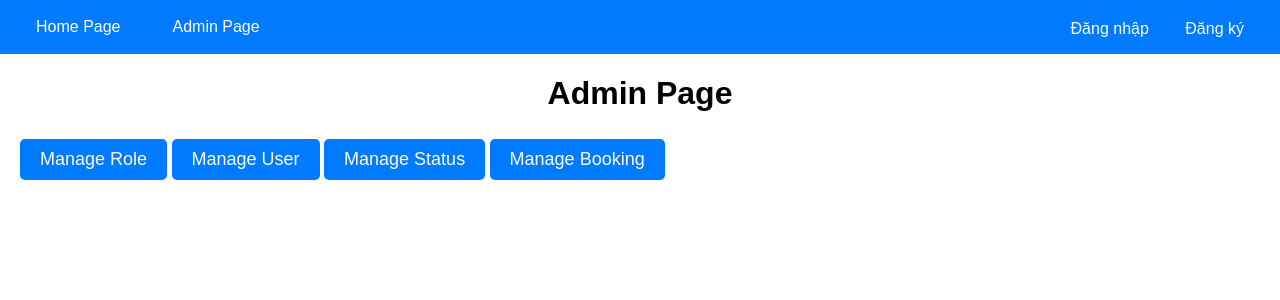
Repository: Loc2804/LTM
Page: http://localhost/RestaurantProject/WelcomeAdmin.jsp
The author's editor kept a copy of each file at every save. The page is drawn from the files as they stood at one save, then again after a run of saves.
The browser window is 1280 px wide. The pictures show the whole page.
The page is served by Tomcat 10. Other server files are loaded and not shown.

Above is the page before, as saved 2024-12-12 11:15:09.

### RestaurantProject/src/main/webapp/WelcomeAdmin.jsp
<%@page import="Model.BEAN.User"%>
<%@ page language="java" contentType="text/html; charset=UTF-8"
    pageEncoding="UTF-8"%>
<!DOCTYPE html>
<html>
<head>
<meta charset="UTF-8">
<title>Admin Page</title>
<style>
    body {
        font-family: Arial, sans-serif;
        margin: 0;
        padding: 0;
    }
    h1{
    	text-align: center;
    }
    .navbar {
        background-color: #007BFF; /* Màu xanh chủ đạo */
        overflow: hidden;
        display: flex;
        justify-content: space-between;
        padding: 10px 20px;
    }
    .navbar a {
        color: white;
        text-decoration: none;
        padding: 8px 16px;
        font-size: 16px;
    }
    .navbar a:hover {
        background-color: #0056b3; /* Màu xanh đậm hơn khi hover */
        border-radius: 4px;
    }
    .links {
        display: flex;
        gap: 20px;
    }
    .content {
        margin: 20px;
    }
    .content a {
        display: inline-block;
        background-color: #007BFF; /* Màu nền xanh chủ đạo */
        color: white;
        text-decoration: none;
        padding: 10px 20px;
        border-radius: 5px;
        margin: 5px 0;
        font-size: 18px;
    }
    .content a:hover {
        background-color: #0056b3; /* Màu nền xanh đậm hơn khi hover */
    }
    .btn-logout {
        background-color: #007BFF; /* Màu nền xanh chủ đạo */
        color: white; /* Màu chữ */
        text-decoration: none;
        padding: 10px 20px; /* Khoảng cách bên trong */
        border: none; /* Bỏ viền */
        border-radius: 5px; /* Bo góc */
        font-size: 18px; /* Kích thước chữ */
        cursor: pointer; /* Thay đổi con trỏ khi hover */
    }

    .btn-logout:hover {
        background-color: #0056b3; /* Màu nền xanh đậm hơn khi hover */
    }

    .btn-logout:focus {
        outline: none; /* Bỏ viền focus mặc định */
    }
    .group-btn{
    	margin-top:10px;
    }
    .welcome-user{
    	display: flex;
    	gap:20px;
    }
    .welcome-user span{
	color: white;
	margin-top:7px;
	font-size: 20px;
}

</style>
</head>
<body>
    <div class="navbar">
        <div class="links">
            <a href="WelcomeUser.jsp">Home Page</a>
            <a href="WelcomeAdmin.jsp">Admin Page</a>
        </div>
        <%
        	User user = (User) session.getAttribute("user");
        	if(user == null || user.getRole() == null){
        %>
        <div class="group-btn">
            <a href="Login.jsp">Đăng nhập</a>
            <a href="Register.jsp">Đăng ký</a>
        </div>
        <% }
        	else{
        %>
        <form action="AuthController" method="post">
        	<div class="welcome-user">
	        		<span>Xin chào, <%=user.getFullName() %></span>
	            	<button class="btn-logout" type="submit">Đăng xuất</button>
	            	<input  type="hidden" value="logout" name="action">
	        </div>
        </form>
        <%
        	}
        %>
    </div>

      <div class="content">
       	<h1>Admin Page</h1>
       	<a href="ManageRole.jsp">Manage Role</a>
       	<a href="ManageUser.jsp">Manage User</a>
       	<a href="ManageStatus.jsp">Manage Status</a>
       	<a href="Index_booking.jsp">Manage Booking</a>
   	</div>


</body>
</html>

After the next 2 saves:
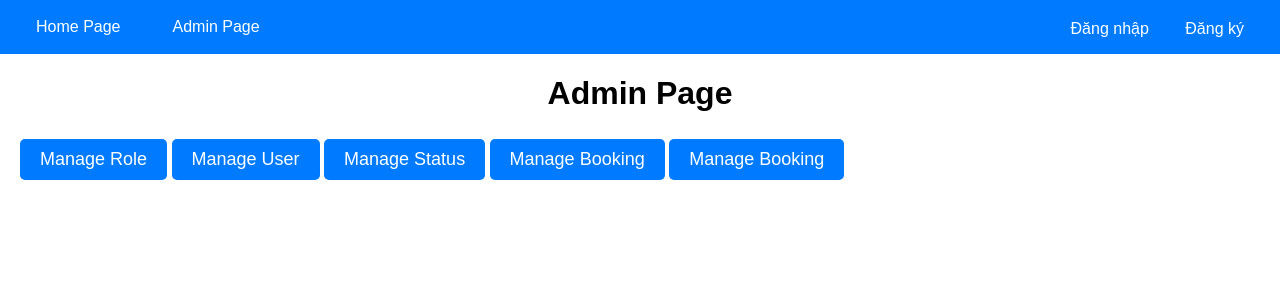
The 2 saves are shown as one change because they came seconds apart.
The last was saved 98 s later.
--- a/RestaurantProject/src/main/webapp/WelcomeAdmin.jsp
+++ b/RestaurantProject/src/main/webapp/WelcomeAdmin.jsp
@@ -120,6 +120,7 @@
        	<a href="ManageUser.jsp">Manage User</a>
        	<a href="ManageStatus.jsp">Manage Status</a>
        	<a href="Index_booking.jsp">Manage Booking</a>
+       	<a href="Index_Tables.jsp">Manage Booking</a>
    	</div>
 
 
